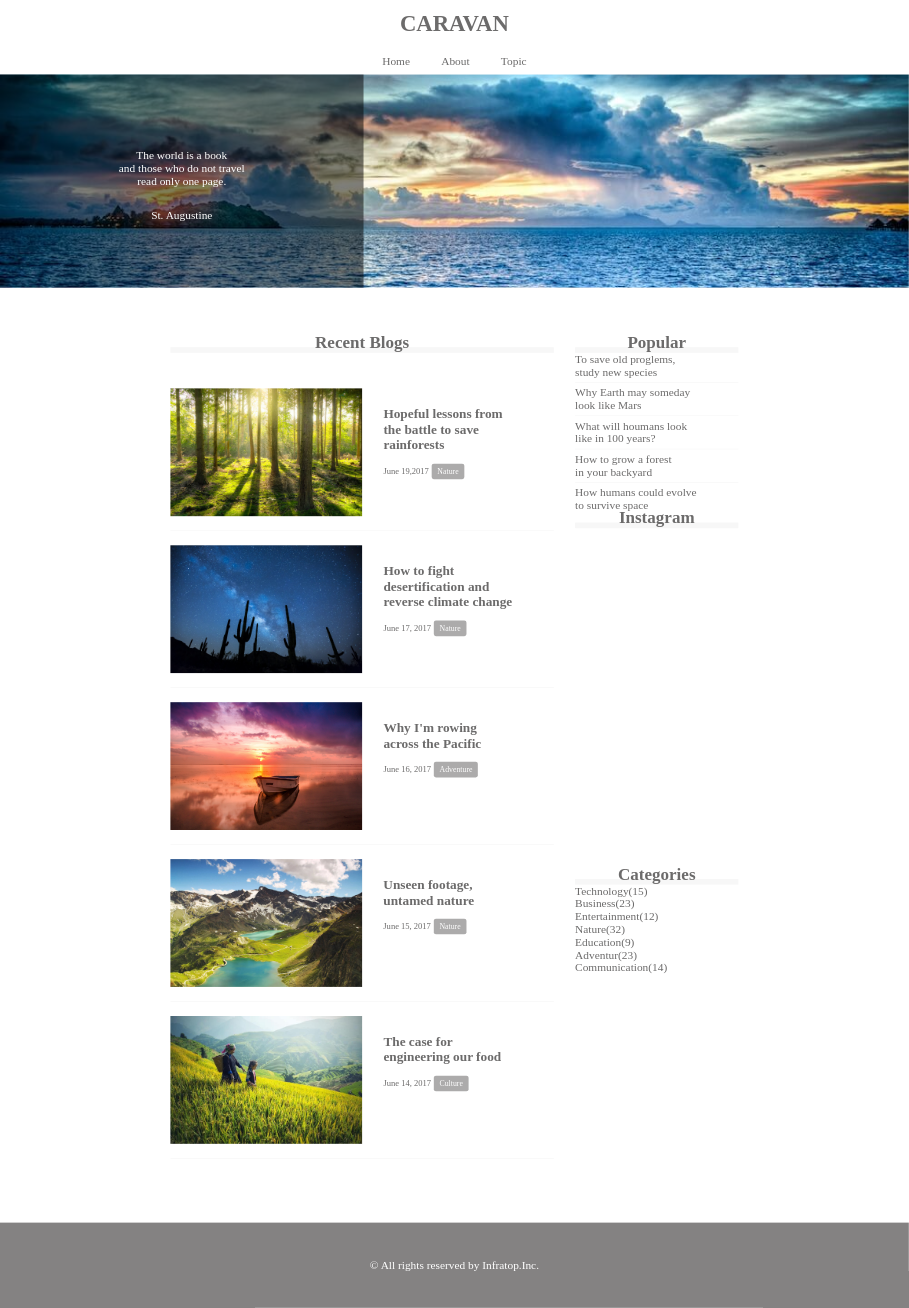
Repository: Souax/prac_20231021
Page: caravan/index.html
The author's editor kept a record of every edit. The page is drawn from the files as they stood at one moment, then again after the next edit.
The browser window is 1280 px wide. The pictures show the whole page, at 71% of full size.

Above is the page before.

### caravan/index.html
<!DOCTYPE html>
<html lang="ja">
  <head>
    <meta charset="UTF-8">
    <link rel="stylesheet" href="style.css">
    <title>CARAVAN</title>
  </head>

  <body>
    <header>
      <h1 class="heading">
        <a href="index.html">
        CARAVAN
        </a>
      </h1>
    </header>

    <nav>
      <ul class="nav-list">
        <li class="nav-list-item">
          <a href="index.html">Home</a>
        </li>
        <li class="nav-list-item">About</li>
        <li class="nav-list-item">Topic</li>
      </ul>
    </nav>

    <div class="main-visual">
      <div class="main-visual-content">
        <p class="main-visual-text">
          The world is a book <br />
          and those who do not travel<br />
          read only one page.
        </p>
        <p class="main-visual-name">
          St. Augustine
        </p>
      </div>
    </div>

<main>
  <section class="blog">
    <h2 class="blog-heading">Recent Blogs</h2>

    <div class="blog-box">
    <div class="blog-item">
      <img class="blog-image" src="img/forest.jpg">
      <section class="blog-text">
        <h3 class="blog-text-heading">
          <a href="single.html">
            Hopeful lessons from<br>
            the battle to save<br>
            rainforests
          </a>
        </h3>
        <p class="blog-date">June 19,2017</p>
        <span class="category">Nature</span>
      </section>
      </div>
      <div class="blog-item">
            <img class="blog-image" src="img/desert.jpg" />
            <section class="blog-text">
              <h3 class="blog-text-heading">
                <a href="single.html">
                  How to fight<br>
                  desertification and<br>
                  reverse climate change
                </a>
              </h3>
              <p class="blog-date">June 17, 2017</p>
              <span class="category">Nature</span>
            </section>
          </div>
          <div class="blog-item">
            <img class="blog-image" src="img/sunset.jpg" />
            <section class="blog-text">
              <h3 class="blog-text-heading">
                <a href="single.html">
                  Why I'm rowing<br>
                  across the Pacific
                </a>
              </h3>
              <p class="blog-date">June 16, 2017</p>
              <span class="category">Adventure</span>
            </section>
          </div>
          <div class="blog-item">
            <img class="blog-image" src="img/italy.jpg" />
            <section class="blog-text">
              <h3 class="blog-text-heading">
                <a href="single.html">
                  Unseen footage,<br>
                  untamed nature
                </a>
              </h3>
              <p class="blog-date">June 15, 2017</p>
              <span class="category">Nature</span>
            </section>
          </div>
          <div class="blog-item">
            <img class="blog-image" src="img/asia.jpg" />
            <section class="blog-text">
              <h3 class="blog-text-heading">
                <a href="single.html">
                  The case for<br>
                  engineering our food
                </a>
              </h3>
              <p class="blog-date">June 14, 2017</p>
              <span class="category">Culture</span>
            </section>
            </div>
            </div>
            </section>
            <div class="sidebar">
              <section class="popular">
                <h2 class="popular-heading common-heading">Popular</h2>
                <div class="sidebar-content">
                  <p class="popular-text">To save old proglems,<br>study new species</p>
                  <p class="popular-text">Why Earth may someday<br>look like Mars</p>
                  <p class="popular-text">What will houmans look<br>like in 100 years?</p>
                  <p class="popular-text">How to grow a forest<br>in your backyard</p>
                  <p class="popular-text">How humans could evolve<br>to survive space</p>
                </div>
              </section>
              <section class="instagram">
                <h2 class="instagram-content common-heading">Instagram</h2>
                <div class="sidebar-content">
                  <div class="instagram-box"></div>
                  <div class="instagram-box"></div>
                  <div class="instagram-box"></div>
                  <div class="instagram-box"></div>
                </div>
              </section>
              <section class="categories">
                <h2 class="categories-heading common-heading">Categories</h2>
                <div class="sidebar-content">
                  <p class="categories-text">Technology(15)</p>
                  <p class="categories-text">Business(23)</p>
                  <p class="categories-text">Entertainment(12)</p>
                  <p class="categories-text">Nature(32)</p>
                  <p class="categories-text">Education(9)</p>
                  <p class="categories-text">Adventur(23)</p>
                  <p class="categories-text">Communication(14)</p>
                </div>
              </section>
            </div>
            </main>

<footer>
  <p class="footer-text">© All rights reserved by Infratop.Inc.</p>
  </footer>
  </body>
  </html>

### caravan/style.css
*{
  margin:0;
  padding:0;
  box-sizing:border-box;
  color:#6c6b6b;
}

a{
  text-decoration:none;
}

header{
  width:90%;
  padding:15px 0;
  margin:0 auto;
  text-align:center;
}

header .heading{
  font-size:32px;
}

.nav-list{
  text-align:center;
  padding:10px 0;
  margin:0 auto;
}

.nav-list-item{
  list-style: none;
  display:inline-block;
  margin:0 20px;
}

.main-visual{
  width:100%;
  height:300px;
  background-image:url(img/mv.jpg);
  background-size:cover;
  background-position:center;
}

.main-visual-content{
  width:40%;
  height:300px;
  background-color:rgba(0,0,0,0.5);
  text-align:center;
  padding-top:105px;
}

.main-visual-text{
  color:#fff;
}

.main-visual-name{
  margin-top:30px;
  color:#fff;
}

main{
  width:800px;
  display:flex;
  justify-content:center;
  margin:0 auto;
  padding:70px 0;
}

.blog{
  width:540px;
  margin-right:30px;
}

.blog-heading{
  border-bottom:8px solid #f7f7f7;
  text-align:center;
  line-height:0.6;
}

.blog-box{
  padding-top:50px;
}

.blog-item{
  padding-bottom:20px;
  margin-bottom:20px;
  border-bottom:1px solid #f7f7f7;
  display:flex;
  justify-content:flex-start;
}

.blog-image{
  height:180px;
}

.blog-text{
  padding:25px 0 0 30px;
}

.blog-text-heading{
  padding-bottom:15px;
}

.blog-date{
  font-size:12px;
  display:inline-block;
}

.category{
  display:inline-block;
  padding:5px 8px;
  background-color:#acabab;
  border-radius:3px;
  color:#fff;
  font-size:11px;

}

.sidebar{
  width:230px;
}

.common-heading{
  border-bottom:8px solid #f7f7f7;
  text-align:center;
  line-height:0.6;
}

.sidebar-contents{
  padding:50px 0;
}

.popular-text,
.cotegories-text{
  padding-bottom:5px;
  border-bottom:1px solid #f7f7f7;
  margin-bottom:5px;
}
.popular-text:last-child,
.category-text:last-child{
  margin:0;
  padding:0;
  border:none;
}

.instagram .sidebar-contents{
  display:flex;
  flex-wrap:wrap;
}

.instagram-box {
  width: 110px;
  padding-top: 110px;
  background-size: cover;
  background-position: center;
  margin-bottom: 10px;
}

.instagram-box:nth-child(odd){
  margin:0 10px 10px 0;
}

.instagram-box:child(1){
  background-image:url(img/img2/airport.jpg);
}

.instagram-box:child(2){
  background-image:url(img/img2/japan.jpg);
}

.instagram-box:child(3){
  background-image:url(img2/japan2.jpg);
}

.instagram-box:child(4){
  background-image:url(img2/lake.jpg);
}

.instagram-box:child(5){
  background-image:url(img2/road.jpg);
}

footer{
  width:100%;
  height:120px;
  text-align:center;
  line-height:120px;
  background-color:#848282;
}

.footer-text{
  color:#fff;
}

After the next edit:
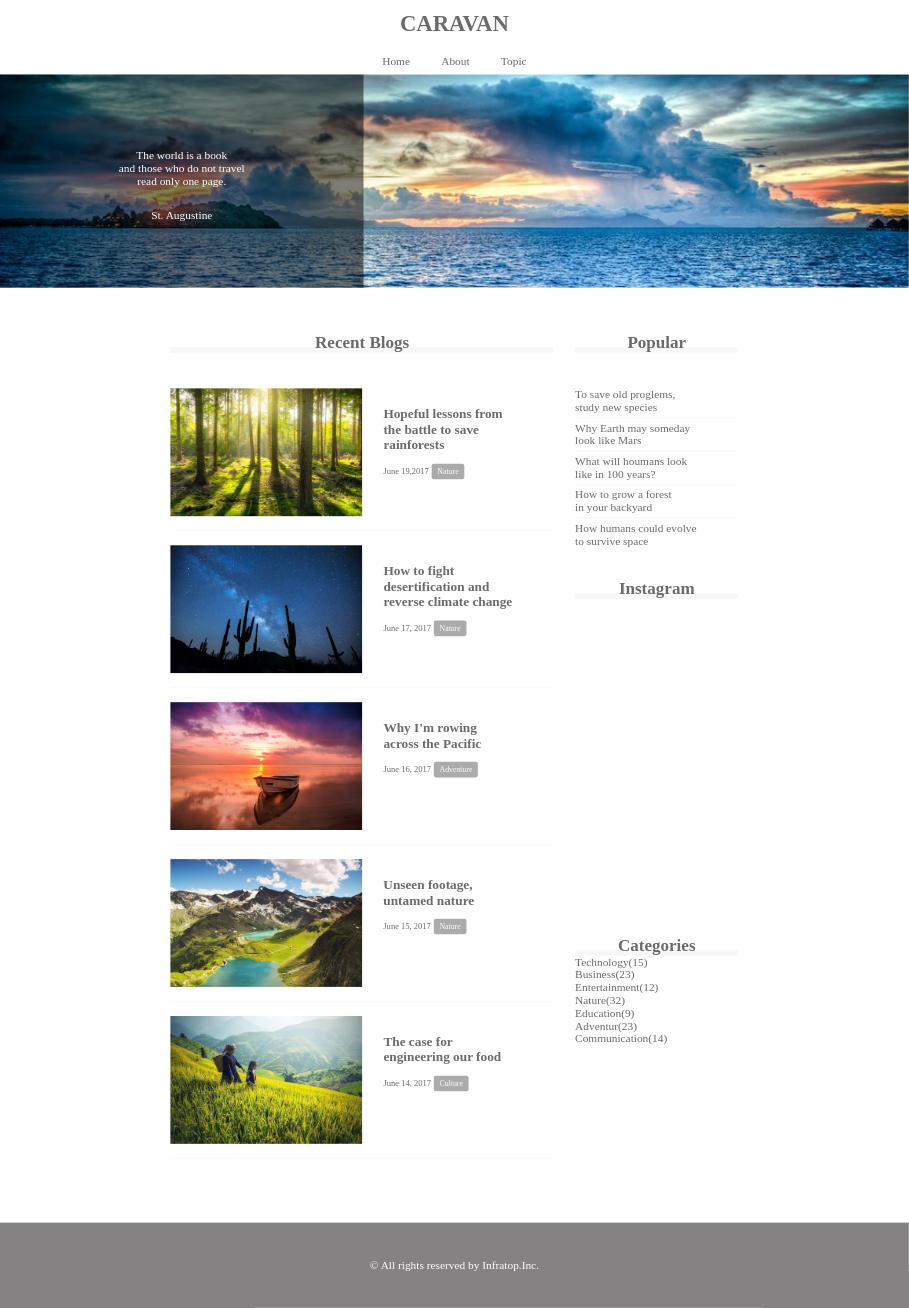
The edit:
--- a/caravan/index.html
+++ b/caravan/index.html
@@ -115,7 +115,7 @@
             <div class="sidebar">
               <section class="popular">
                 <h2 class="popular-heading common-heading">Popular</h2>
-                <div class="sidebar-content">
+                <div class="sidebar-contents">
                   <p class="popular-text">To save old proglems,<br>study new species</p>
                   <p class="popular-text">Why Earth may someday<br>look like Mars</p>
                   <p class="popular-text">What will houmans look<br>like in 100 years?</p>
